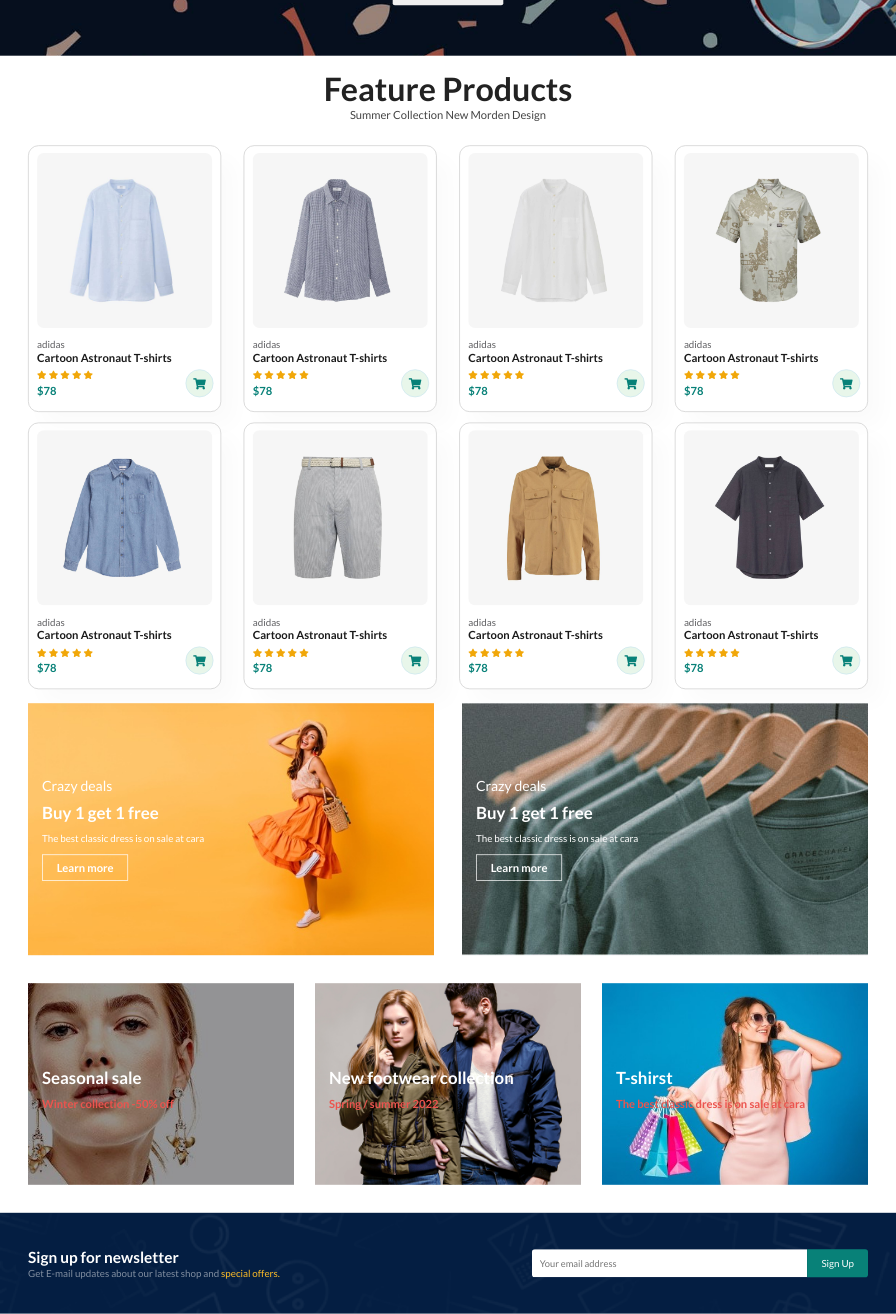
Repository: Nguyenductuan-dev/Website-Clothes
Page: index.html
These files come from the project's save history. The page is drawn as it stood at one moment and after the next save; the edit follows.
The browser window is 1280 px wide. The pictures show the part of the page from y = 2081 to 4001 px (the page is 3958 px tall before and 4001 px after), at 70% of full size.

Above is the page before, as saved 2022-05-16 22:18:36.

After the next save:
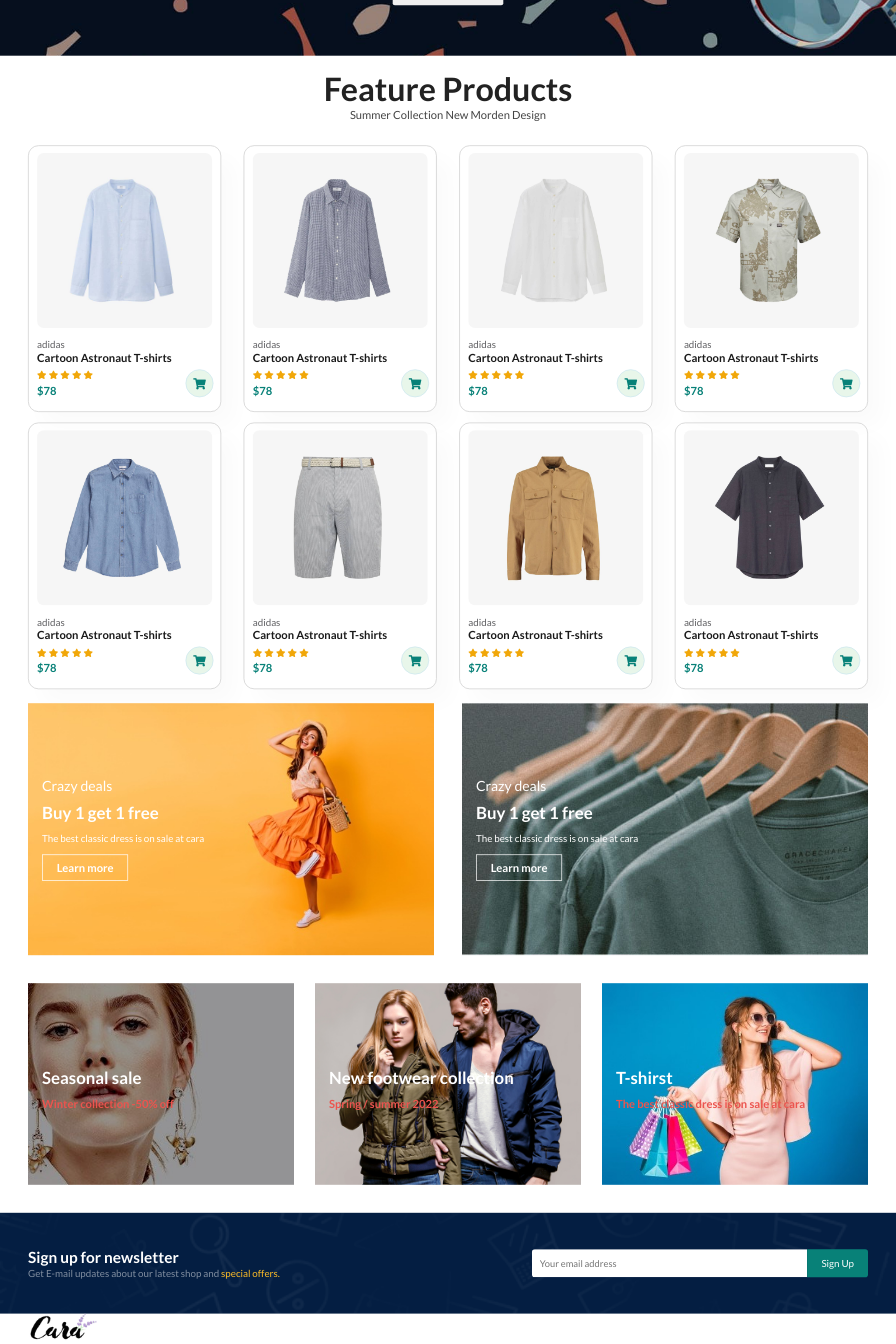
Saved 4 min 57 s later.
--- a/index.html
+++ b/index.html
@@ -496,7 +496,13 @@
     </section>
 
     <!-- ======================= FOOTER ====================== -->
-
+    <footer class="footer" id="footer">
+        <div class="footer__container container">
+            <div class="footer__contact">
+                <img src="./assets/images/logo.png" alt="" class="footer__contact-img">
+            </div>
+        </div>
+    </footer>
     <script src="assets/js/main.js"></script>
 </body>
 </html>
